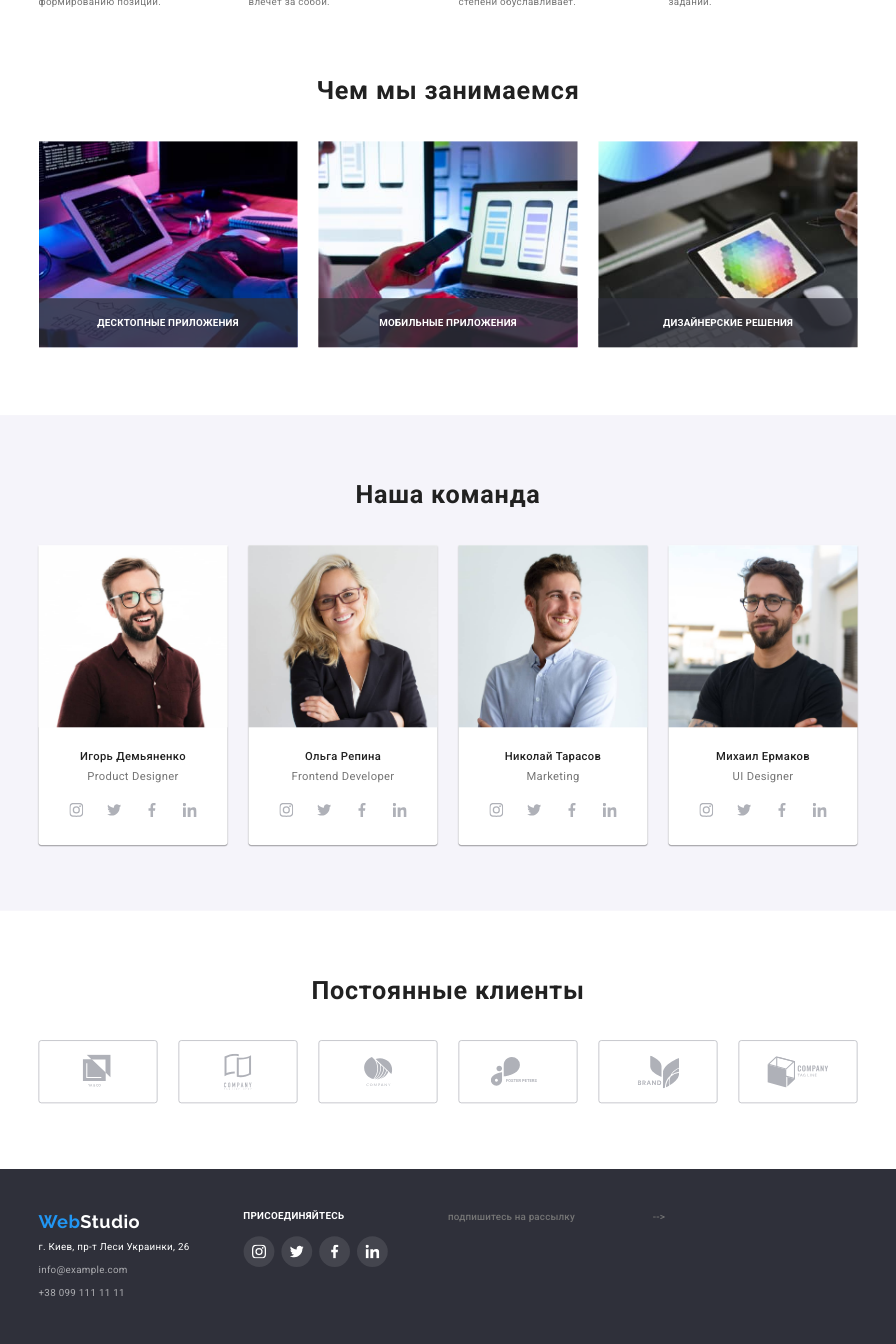
Repository: UliyaKucherernko/home-work-8
Page: index.html
The author's editor kept a copy of each file at every save. The page is drawn from the files as they stood at one save, then again after the next save.
The browser window is 1280 px wide. The pictures show the part of the page from y = 1010 to 2930 px (the page is 2930 px tall), at 70% of full size.

Above is the page before, as saved 2021-04-17 15:00:35.

### index.html
<!DOCTYPE html>
<html lang="en">
  <head>
    <!-- Служебная информация -->
    <meta charset="UTF-8" />
    <meta http-equiv="X-UA-Compatible" content="IE=edge" />
    <meta name="viewport" content="width=device-width, initial-scale=1.0" />
    <title>homework6</title>
    <link
      href="https://cdnjs.cloudflare.com/ajax/libs/modern-normalize/1.0.0/modern-normalize.css"
    />
    <link rel="preconnect" href="https://fonts.gstatic.com" />
    <link
      href="https://fonts.googleapis.com/css2?family=Raleway:wght@700&family=Roboto:wght@400;500;700;900&display=swap"
      rel="stylesheet"
    />
    <link rel="stylesheet" href="./css/styles.css" />
  </head>
  <body>
    <header class="header">
      <div class="container">
        <!-- Шапка -->
        <nav class="navigation">
          <a class="link logo-header" href="index.html">
            <span class="web">Web</span><span class="studio">Studio</span></a>
          <ul class="list menu">
            <li class="menu-item">
              <a href="./index.html" class="link link-title menu-link current">Студия</a>
            </li>
            <li class="menu-item">
              <a href="./porfolio.html" class="link link-title menu-link">Портфолио</a>
            </li>
            <li class="menu-item">
              <a class="link link-title menu-link" href="">Контакты</a>
            </li>
          </ul>
        </nav>
        <ul class="list header-adress">
          <li class="contact-item">
            <a class="link contact-links menu-adress" href="mailto:info@devstudio.com">
              <svg class="icon-header" width="16" height="12">
                <use href="./images/icons-sprite.svg#icon-mail"></use>
              </svg>
              info@devstudio.com
            </a>
          </li>
          <li class="contact-item">
            <a class="link contact-links menu-adress" href="tel:+380961111111">
              <svg class="icon-header" width="10" height="16">
                <use href="./images/icons-sprite.svg#icon-phone"></use>
              </svg>
              +38 096 111 11 11
            </a>
          </li>
        </ul>
      </div>
    </header>

    <main>
      <!--особенности-->
      <section class="hero-dark-bg overlay">
        <div class="container hero">
           <h1 class="hero-title">Эффективные решения для вашего бизнеса</h1>
           <button data-modal-open type="button" class="hero-button">Заказать услугу</button>
     <!-- модалка -->
           <div class="backdrop is-hidden" data-modal>
              <div class="modal">
               <button data-modal-close type="button" class="modal-button">
                 <svg class="icon-close" width="18px" height="18px">
                   <use href="./images/icons-sprite.svg#icon-close-black"></use>
                 </svg>
               </button>
             </div>
           </div>
        </div>

      </section>
      <!--требования к команде-->
      <section class="all-feature">
        <div class="container">
          <ul class="list">
            <div class="feature">
              <div class="feature-icon">
                <svg>
                  <use href="./images/icons-sprite.svg#icon-antenna"></use>
                </svg>
              </div>
              <li class="feature-item">
                <h3 class="main-team-feature">Внимание к деталям</h3>
                <p class="team-feature">
                  Идейные соображения, а также начало повседневной работы по
                  формированию позиции.
                </p>
              </li>
            </div>
            <div class="feature">
              <div class="feature-icon">
                <svg>
                  <use href="./images/icons-sprite.svg#icon-clock"></use>
                </svg>
              </div>
              <li class="feature-item">
                <h3 class="main-team-feature">Пунктуальность</h3>
                <p class="team-feature">
                  Задача организации, в особенности же рамки и место обучения
                  кадров влечет за собой.
                </p>
              </li>
            </div>
            <div class="feature">
              <div class="feature-icon">
                <svg>
                  <use href="./images/icons-sprite.svg#icon-diagram"></use>
                </svg>
              </div>
              <li class="feature-item">
                <h3 class="main-team-feature">Планирование</h3>
                <p class="team-feature">
                  Равным образом консультация с широким активом в значительной
                  степени обуславливает.
                </p>
              </li>
            </div>
            <div class="feature">
              <div class="feature-icon">
                <svg>
                  <use href="./images/icons-sprite.svg#icon-astronaut"></use>
                </svg>
              </div>
              <li class="feature-item">
                <h3 class="main-team-feature">Современные технологии</h3>
                <p class="team-feature">
                  Значимость этих проблем настолько очевидна, что реализация
                  плановых заданий.
                </p>
              </li>
            </div>
          </ul>
        </div>
      </section>

      <!--3 бокса-->
      <section class="work">
        <div class="container">
          <h2 class="section-title">Чем мы занимаемся</h2>
          <ul class="list boxes grid">
            <div class="box-product grid-item-4">
                   <li>
                        <img src="./images/box-1.jpg" alt="работа на планшете" width="370"/>
                            <div class="content">
                <p>Десктопные приложения</p>
              </div>
                   </li>
            </div>
            <div class="box-product grid-item-4">
              <li>
                <img src="./images/box-2.jpg" alt="мобильные приложения" width="370"/>
                <div class="content">
                  <p>Мобильные приложения</p>
                </div>
              </li>
            </div>
            <div class="box-product grid-item-4">
              <li>
                <img src="./images/box-3.jpg" alt="цветные соты на планшете" width="370"/>
                <div class="content">
                  <p>Дизайнерские решения</p>
                </div>
              </li>
            </div>
          </ul>
        </div>
      </section>

      <!--Команда-->
      <section class="team">
        <div class="container">
          <h2 class="section-title">Наша команда</h2>
          <ul class="team-body">
            <li class="team-card">
              <img
                src="./images/igor.jpg"
                alt="парень в очках с бородой и в бордовой рубашке"
                width="270"
                height="260"
              />
              <div class="team-names">
                <h3 class="names">Игорь Демьяненко</h3>
                <p lang="en" class="team-profession">Product Designer</p>
                <ul class="d-inline-flex">
                  <li class="social-icon-item">
                    <a href="" class="social-icon-link team-icon">
                      <svg>
                        <use
                          href="./images/icons-sprite.svg#icon-instagram"
                        ></use>
                      </svg>
                    </a>
                  </li>
                  <li class="social-icon-item">
                    <a href="" class="social-icon-link team-icon">
                      <svg>
                        <use
                          href="./images/icons-sprite.svg#icon-twitter"
                        ></use>
                      </svg>
                    </a>
                  </li>
                  <li class="social-icon-item">
                    <a href="" class="social-icon-link team-icon">
                      <svg>
                        <use
                          href="./images/icons-sprite.svg#icon-facebook"
                        ></use>
                      </svg>
                    </a>
                  </li>
                  <li class="social-icon-item">
                    <a href="" class="social-icon-link team-icon">
                      <svg>
                        <use
                          href="./images/icons-sprite.svg#icon-linkedin"
                        ></use>
                      </svg>
                    </a>
                  </li>
                </ul>
              </div>
            </li>
            <li class="team-card">
              <img
                src="./images/olga.jpg"
                alt="бизнесс блондинка в очках"
                width="270"
                height="260"
              />
              <div class="team-names">
                <h3 class="names">Ольга Репина</h3>
                <p lang="en" class="team-profession">Frontend Developer</p>
                <ul class="d-inline-flex">
                  <li class="social-icon-item">
                    <a href="" class="social-icon-link team-icon">
                      <svg>
                        <use
                          href="./images/icons-sprite.svg#icon-instagram"
                        ></use>
                      </svg>
                    </a>
                  </li>
                  <li class="social-icon-item">
                    <a href="" class="social-icon-link team-icon">
                      <svg>
                        <use
                          href="./images/icons-sprite.svg#icon-twitter"
                        ></use>
                      </svg>
                    </a>
                  </li>
                  <li class="social-icon-item">
                    <a href="" class="social-icon-link team-icon">
                      <svg>
                        <use
                          href="./images/icons-sprite.svg#icon-facebook"
                        ></use>
                      </svg>
                    </a>
                  </li>
                  <li class="social-icon-item">
                    <a href="" class="social-icon-link team-icon">
                      <svg>
                        <use
                          href="./images/icons-sprite.svg#icon-linkedin"
                        ></use>
                      </svg>
                    </a>
                  </li>
                </ul>
              </div>
            </li>
            <li class="team-card">
              <img
                src="./images/nicolai.jpg"
                alt="парень в белой рубашке"
                width="270"
                height="260"
              />
              <div class="team-names">
                <h3 class="names">Николай Тарасов</h3>
                <p lang="en" class="team-profession">Marketing</p>
                <ul class="d-inline-flex">
                  <li class="social-icon-item">
                    <a href="" class="social-icon-link team-icon">
                      <svg>
                        <use
                          href="./images/icons-sprite.svg#icon-instagram"
                        ></use>
                      </svg>
                    </a>
                  </li>
                  <li class="social-icon-item">
                    <a href="" class="social-icon-link team-icon">
                      <svg>
                        <use
                          href="./images/icons-sprite.svg#icon-twitter"
                        ></use>
                      </svg>
                    </a>
                  </li>
                  <li class="social-icon-item">
                    <a href="" class="social-icon-link team-icon">
                      <svg>
                        <use
                          href="./images/icons-sprite.svg#icon-facebook"
                        ></use>
                      </svg>
                    </a>
                  </li>
                  <li class="social-icon-item">
                    <a href="" class="social-icon-link team-icon">
                      <svg>
                        <use
                          href="./images/icons-sprite.svg#icon-linkedin"
                        ></use>
                      </svg>
                    </a>
                  </li>
                </ul>
              </div>
            </li>
            <li class="team-card">
              <img
                src="./images/mihael.jpg"
                alt="парень в черной футболке и в очках"
                width="270"
                height="260"
              />
              <div class="team-names">
                <h3 class="names">Михаил Ермаков</h3>
                <p lang="en" class="team-profession">UI Designer</p>
                <ul class="d-inline-flex">
                  <li class="social-icon-item">
                    <a href="" class="social-icon-link team-icon">
                      <svg>
                        <use
                          href="./images/icons-sprite.svg#icon-instagram"
                        ></use>
                      </svg>
                    </a>
                  </li>
                  <li class="social-icon-item">
                    <a href="" class="social-icon-link team-icon">
                      <svg>
                        <use
                          href="./images/icons-sprite.svg#icon-twitter"
                        ></use>
                      </svg>
                    </a>
                  </li>
                  <li class="social-icon-item">
                    <a href="" class="social-icon-link team-icon">
                      <svg>
                        <use
                          href="./images/icons-sprite.svg#icon-facebook"
                        ></use>
                      </svg>
                    </a>
                  </li>
                  <li class="social-icon-item">
                    <a href="" class="social-icon-link team-icon">
                      <svg>
                        <use
                          href="./images/icons-sprite.svg#icon-linkedin"
                        ></use>
                      </svg>
                    </a>
                  </li>
                </ul>
              </div>
            </li>
          </ul>
        </div>
      </section>

      <!-- постоянные клиенты -->
      <section class="cl">
        <div class="container">
          <h2 class="section-title">Постоянные клиенты</h2>
          <ul class="list cl-item">
            <li class="item-cl">
              <a class="cl-link" href="">
                <svg class="cl-logo" width="44px" height="50px">
                  <use href="./images/icons-sprite.svg#icon-logo-1"></use>
                </svg>
              </a>
            </li>
            <li class="item-cl">
              <a class="cl-link" href="">
                <svg class="cl-logo" width="40" height="52">
                  <use href="./images/icons-sprite.svg#icon-logo-2"></use>
                </svg>
              </a>
            </li>
            <li class="item-cl">
              <a class="cl-link" href="">
                <svg class="cl-logo" width="41" height="42">
                  <use href="./images/icons-sprite.svg#icon-logo-3"></use>
                </svg>
              </a>
            </li>
            <li class="item-cl">
              <a class="cl-link" href="">
                <svg class="cl-logo" width="79" height="42">
                  <use href="./images/icons-sprite.svg#icon-logo-4"></use>
                </svg>
              </a>
            </li>
            <li class="item-cl">
              <a class="cl-link" href="">
                <svg class="cl-logo" width="59" height="47">
                  <use href="./images/icons-sprite.svg#icon-logo-5"></use>
                </svg>
              </a>
            </li>
            <li class="item-cl">
              <a class="cl-link" href="">
                <svg class="cl-logo" width="88" height="45">
                  <use href="./images/icons-sprite.svg#icon-logo-6"></use>
                </svg>
              </a>
            </li>
          </ul>
        </div>
      </section>
    </main>

    <!--подвал-->
    <footer class="footer-dark-bg">
      <div class="container">
        <div class="grid">
          <div class="grid-item grid-item-3">
            <a class="link footer-logo" href="index.html">
              <span class="web">Web</span
              ><span class="studio-footer">Studio</span></a
            >
            <address>
              <ul class="footer-list">
                <li>
                  <a href="" class="link footer-adress"
                    >г. Киев, пр-т Леси Украинки, 26</a
                  >
                </li>
                <li>
                  <a href="mailto:info@example.com" class="link footer-social"
                    >info@example.com</a
                  >
                </li>
                <li>
                  <a href="+380991111111" class="link footer-social"
                    >+38 099 111 11 11</a
                  >
                </li>
              </ul>
            </address>
          </div>

          <div class="grid-item grid-item-3">
            <div class="card-footer">
              <p class="f-sleng">присоединяйтесь</p>
            </div>
            <ul class="d-inline-flex">
              <li class="social-icon-item">
                <a href="" class="social-icon-link foo-icon">
                  <svg>
                    <use href="./images/icons-sprite.svg#icon-instagram"></use>
                  </svg>
                </a>
              </li>
              <li class="social-icon-item">
                <a href="" class="social-icon-link foo-icon">
                  <svg>
                    <use href="./images/icons-sprite.svg#icon-twitter"></use>
                  </svg>
                </a>
              </li>
              <li class="social-icon-item">
                <a href="" class="social-icon-link foo-icon">
                  <svg>
                    <use href="./images/icons-sprite.svg#icon-facebook"></use>
                  </svg>
                </a>
              </li>
              <li class="social-icon-item">
                <a href="" class="social-icon-link foo-icon">
                  <svg>
                    <use href="./images/icons-sprite.svg#icon-linkedin"></use>
                  </svg>
                </a>
              </li>
            </ul>
          </div>

        <div class="grid-item grid-item-3">

                    <p class="news-title">подпишитесь на рассылку</p>
                  </div> -->
      </div>
      </div>
    </footer>
    <!-- ----скрипт--- -->
    <script src="./js/modal.js"></script>
  </body>
</html>

Loaded but not shown: js/modal.js (common file); css/styles.css (848 lines, source omitted)

After the next save:
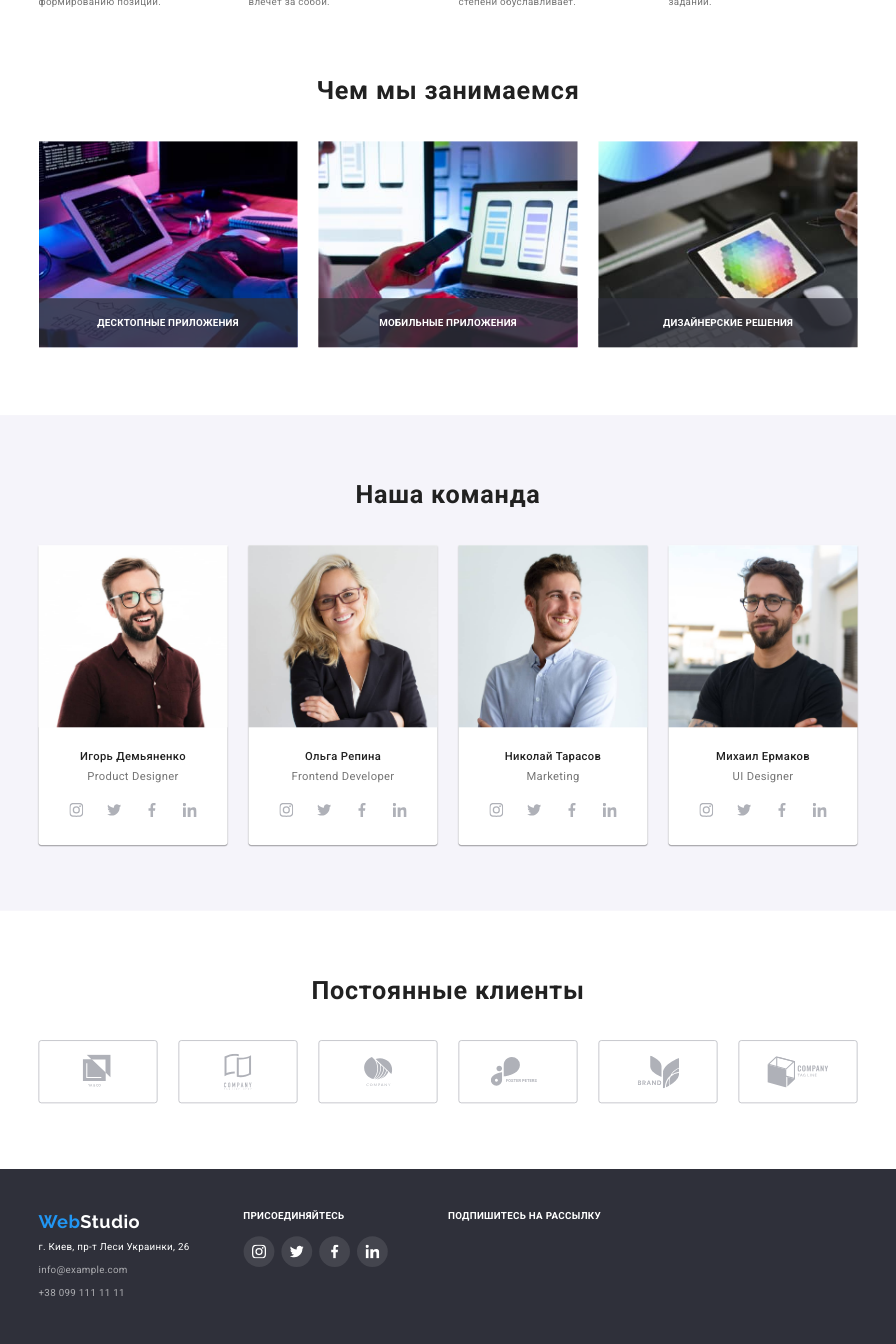
Saved 2 min 17 s later.
--- a/index.html
+++ b/index.html
@@ -500,9 +500,9 @@
           </div>
 
         <div class="grid-item grid-item-3">
-
-                    <p class="news-title">подпишитесь на рассылку</p>
-                  </div> -->
+          <div class="f-subscribe">
+                    <p class="f-sleng">подпишитесь на рассылку</p>
+                  </div>
       </div>
       </div>
     </footer>
